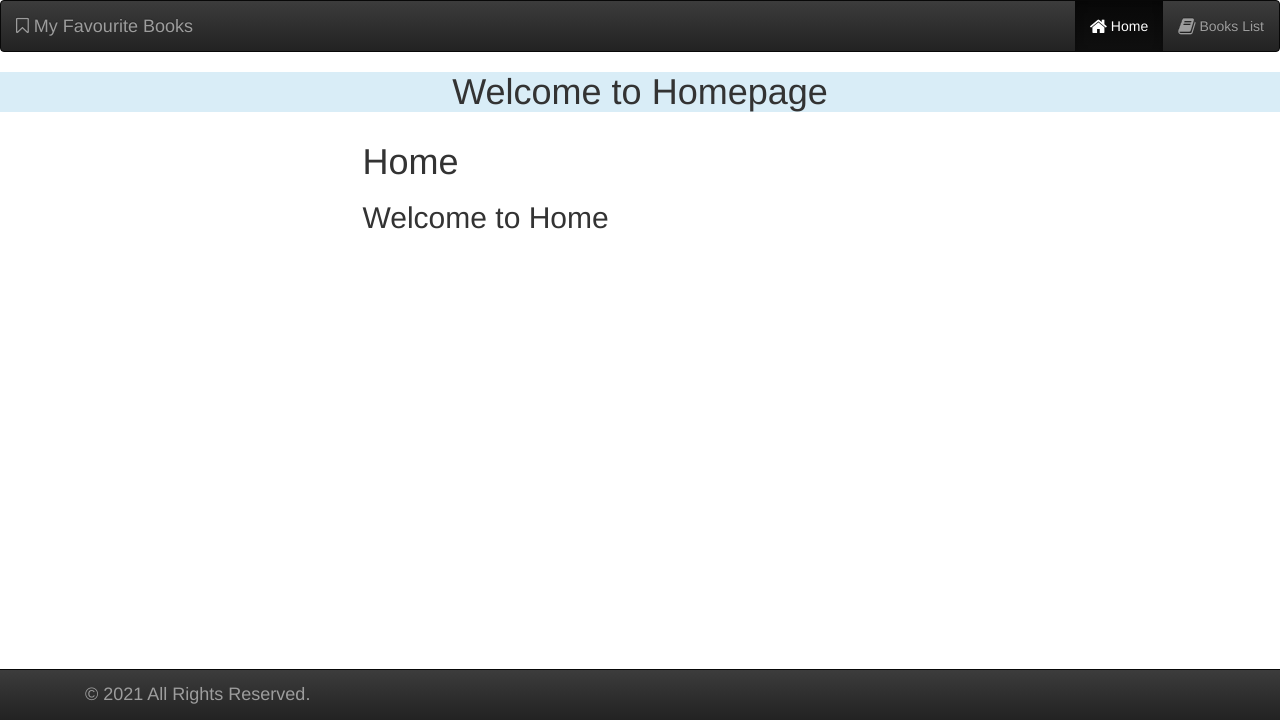
Repository: Ann8002/COMP229-F2021-MidTerm
Page: http://localhost/
These files come from the project's save history. The page is drawn as it stood at one moment and after the next save; the edit follows.
The browser window is 1280 px wide. The pictures show the whole page.
The page is served by the project's Node server (server.js). Other server files are loaded and not shown.

Above is the page before, as saved 2021-10-29 13:45:34.

### server/views/content/index.ejs
<%- include('../partials/header.ejs'); %>

    <!-- MAIN CONTENT -->

     <div class="p-3 mb-2 bg-info text-center"><h1>Welcome to Homepage</h1></div>

    <div class="container">
      <div class="row">
        <div class="col-md-offset-3 col-md-6">
          <h1><%= title %></h1>
            <h2>Welcome to <%= title %></h2>
        </div>
      </div>
    </div>

<%- include('../partials/footer.ejs'); %>

### server/views/partials/header.ejs
<!DOCTYPE html>
<html lang="en">
  <head>
    <meta charset="utf-8">
    <meta name="viewport" content="width=device-width, initial-scale=1">
    <title><%= title %></title>
    <!-- CSS SECTION -->
    <link rel="stylesheet" href="/Scripts/lib/bootstrap/dist/css/bootstrap.min.css">
    <link rel="stylesheet" href="/Scripts/lib/bootstrap/dist/css/bootstrap-theme.min.css">
    <link rel="stylesheet" href="/Scripts/lib/font-awesome/css/font-awesome.min.css">
    <link rel='stylesheet' href='/Content/app.css' />
  </head>
  <body>

  <nav class="navbar navbar-inverse" role="navigation">
    <!-- Brand and toggle get grouped for better mobile display -->
    <div class="navbar-header">
      <button type="button" class="navbar-toggle" data-toggle="collapse" data-target=".navbar-ex1-collapse">
        <span class="sr-only">Toggle navigation</span>
        <span class="icon-bar"></span>
        <span class="icon-bar"></span>
        <span class="icon-bar"></span>
      </button>
      <a class="navbar-brand" href="/"><i class="fa fa-bookmark-o"></i> My Favourite Books</a>
    </div>

    <!-- Collect the nav links, forms, and other content for toggling -->
    <div class="collapse navbar-collapse navbar-ex1-collapse">
      <ul class="nav navbar-nav navbar-right">
        <% if(title == "Home") { %>
          <li class="active"><a href="/"><i class="fa fa-home fa-lg"></i> Home</a></li>
        <% } else { %>
          <li><a href="/"><i class="fa fa-home fa-lg"></i> Home</a></li>
        <% } %>

          <% if(title == "books") { %>
          <li class="active"><a href="/books"><i class="fa fa-book fa-lg">
          </i> Books List</a></li>
          <% } else { %>
            <li><a href="/books"><i class="fa fa-book fa-lg">
            </i> Books List</a></li>
          <% } %>

      </ul>
    </div><!-- /.navbar-collapse -->
  </nav>

### server/views/partials/footer.ejs

<nav class="navbar navbar-inverse navbar-fixed-bottom">
  <div class="container">
    <h4  class="navbar-text">&copy; 2021 All Rights Reserved.</h4>
  </div>
</nav>



<!-- JAVASCRIPT SECTION -->
    <script src="/Scripts/lib/jquery/dist/jquery.min.js"></script>
    <script src="/Scripts/lib/bootstrap/dist/js/bootstrap.min.js"></script>
    <script src="/Scripts/app.js"></script>
  </body>
</html>

### server.js
// File Name: COMP229-F2021-MidTerm-301150331
// Author's Name: Sindhu Binil
// StudentID: 301150331
// Web App Name: comp229-f2021-mt-301150331

let app = require('./server/config/app');
let debug = require('debug')('comp308-w2019-midterm:server');
let http = require('http');

/**
 * Get port from environment and store in Express.
 */

let port = normalizePort(process.env.PORT || '3000');
app.set('port', port);

/**
 * Create HTTP server.
 */

let server = http.createServer(app);

/**
 * Listen on provided port, on all network interfaces.
 */

server.listen(port);
server.on('error', onError);
server.on('listening', onListening);

/**
 * Normalize a port into a number, string, or false.
 */

function normalizePort(val) {
  let port = parseInt(val, 10);

  if (isNaN(port)) {
    // named pipe
    return val;
  }

  if (port >= 0) {
    // port number
    return port;
  }

  return false;
}

/**
 * Event listener for HTTP server "error" event.
 */

function onError(error) {
  if (error.syscall !== 'listen') {
    throw error;
  }

  let bind = typeof port === 'string'
    ? 'Pipe ' + port
    : 'Port ' + port;

  // handle specific listen errors with friendly messages
  switch (error.code) {
    case 'EACCES':
      console.error(bind + ' requires elevated privileges');
      process.exit(1);
      break;
    case 'EADDRINUSE':
      console.error(bind + ' is already in use');
      process.exit(1);
      break;
    default:
      throw error;
  }
}

/**
 * Event listener for HTTP server "listening" event.
 */

function onListening() {
  let addr = server.address();
  let bind = typeof addr === 'string'
    ? 'pipe ' + addr
    : 'port ' + addr.port;
  debug('Listening on ' + bind);
}

### server/routes/index.js
// File Name: COMP229-F2021-MidTerm-301150331
// Author's Name: Sindhu Binil
// StudentID: 301150331
// Web App Name: comp229-f2021-mt-301150331

// modules required for routing
let express = require('express');
let router = express.Router();
let mongoose = require('mongoose');

// define the game model
let book = require('../models/books');

/* GET home page. wildcard */
router.get('/', (req, res, next) => {
  res.render('content/index', {
    title: 'Home',
    books: ''
   });
});

module.exports = router;

### client/Scripts/app.js
/* custom JS goes here */

/* pagination code from http://www.bootply.com/lxa0FF9yhw */
$.fn.pageMe = function(opts){
    var $this = this,
        defaults = {
            perPage: 7,
            showPrevNext: false,
            hidePageNumbers: false
        },
        settings = $.extend(defaults, opts);

    var listElement = $this;
    var perPage = settings.perPage;
    var children = listElement.children();
    var pager = $('.pager');

    if (typeof settings.childSelector!="undefined") {
        children = listElement.find(settings.childSelector);
    }

    if (typeof settings.pagerSelector!="undefined") {
        pager = $(settings.pagerSelector);
    }

    var numItems = children.size();
    var numPages = Math.ceil(numItems/perPage);

    pager.data("curr",0);

    if (settings.showPrevNext){
        $('<li><a href="#" class="prev_link">«</a></li>').appendTo(pager);
    }

    var curr = 0;
    while(numPages > curr && (settings.hidePageNumbers==false)){
        $('<li><a href="#" class="page_link">'+(curr+1)+'</a></li>').appendTo(pager);
        curr++;
    }

    if (settings.showPrevNext){
        $('<li><a href="#" class="next_link">»</a></li>').appendTo(pager);
    }

    pager.find('.page_link:first').addClass('active');
    pager.find('.prev_link').hide();
    if (numPages<=1) {
        pager.find('.next_link').hide();
    }
  	pager.children().eq(1).addClass("active");

    children.hide();
    children.slice(0, perPage).show();

    pager.find('li .page_link').click(function(){
        var clickedPage = $(this).html().valueOf()-1;
        goTo(clickedPage,perPage);
        return false;
    });
    pager.find('li .prev_link').click(function(){
        previous();
        return false;
    });
    pager.find('li .next_link').click(function(){
        next();
        return false;
    });

    function previous(){
        var goToPage = parseInt(pager.data("curr")) - 1;
        goTo(goToPage);
    }

    function next(){
        goToPage = parseInt(pager.data("curr")) + 1;
        goTo(goToPage);
    }

    function goTo(page){
        var startAt = page * perPage,
            endOn = startAt + perPage;

        children.css('display','none').slice(startAt, endOn).show();

        if (page>=1) {
            pager.find('.prev_link').show();
        }
        else {
            pager.find('.prev_link').hide();
        }

        if (page<(numPages-1)) {
            pager.find('.next_link').show();
        }
        else {
            pager.find('.next_link').hide();
        }

        pager.data("curr",page);
      	pager.children().removeClass("active");
        pager.children().eq(page+1).addClass("active");

    }
};

// IIFE
(function(){
  $(".btn-danger").click(function(event){
    if(!confirm("Are you sure?")) {
      event.preventDefault();
      window.location.assign("/books");
    }
  });

 /* pagination code */
  $('#myTable').pageMe(
    {pagerSelector:'#myPager',showPrevNext:true,hidePageNumbers:false,perPage:6}
    );
})();

Loaded but not shown: client/Scripts/lib/bootstrap/dist/css/bootstrap.min.css (library); client/Scripts/lib/bootstrap/dist/css/bootstrap-theme.min.css (library); client/Scripts/lib/font-awesome/css/font-awesome.min.css (library); client/Content/app.css (common file); client/Scripts/lib/jquery/dist/jquery.min.js (library); client/Scripts/lib/bootstrap/dist/js/bootstrap.min.js (library)

After the next save:
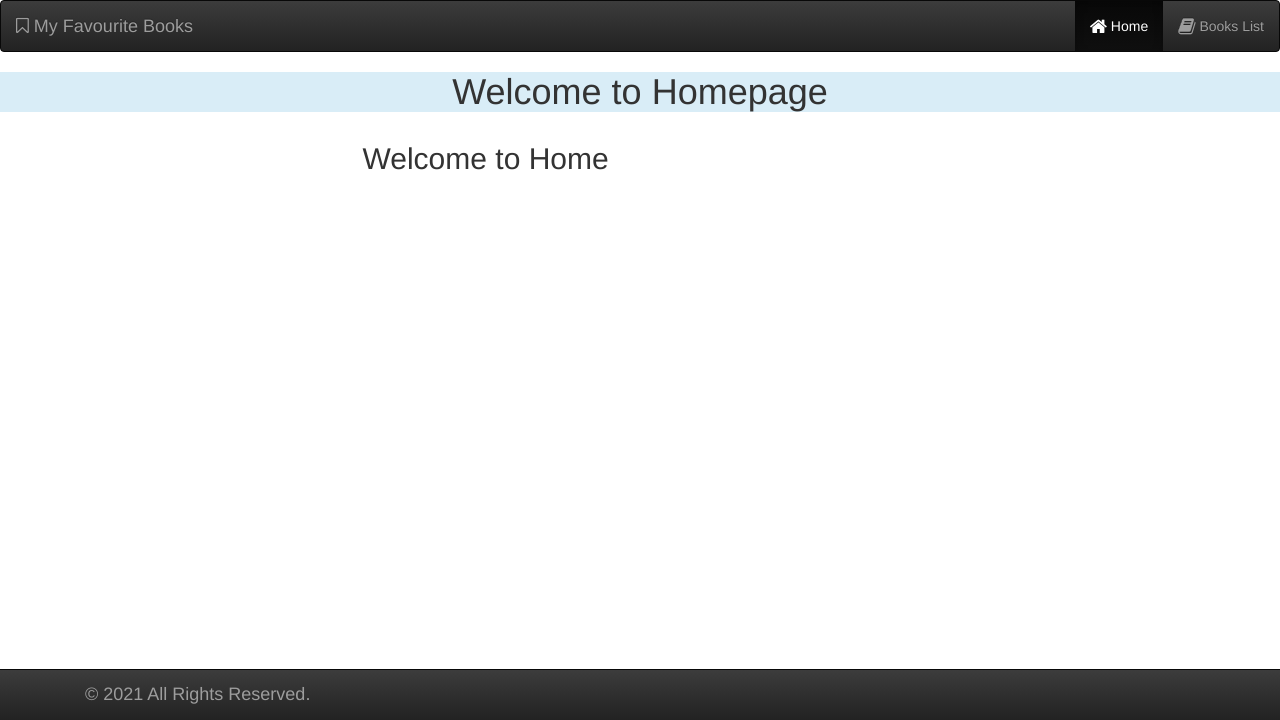
Saved 79 s later.
--- a/server/views/content/index.ejs
+++ b/server/views/content/index.ejs
@@ -7,8 +7,7 @@
     <div class="container">
       <div class="row">
         <div class="col-md-offset-3 col-md-6">
-          <h1><%= title %></h1>
-            <h2>Welcome to <%= title %></h2>
+          <h2>Welcome to <%= title %></h2>
         </div>
       </div>
     </div>
